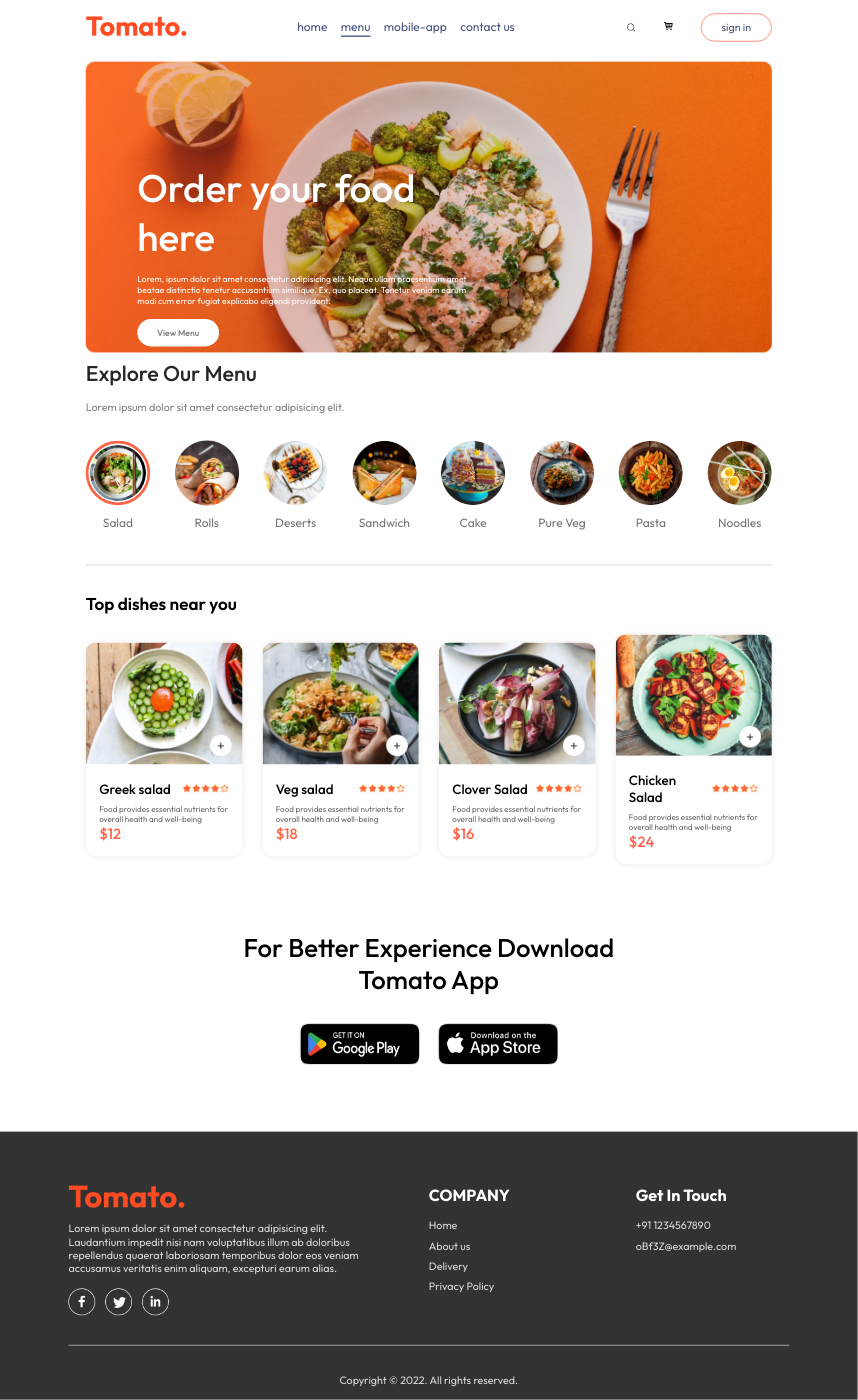
Repository: sodmaq/food-delivery
Page: / (app in frontend/), after clicking the first element matching `div.explore-menu-list-item`
The author's editor kept a copy of each file at every save. The page is drawn from the files as they stood at one save, then again after the next save.
The browser window is 1280 px wide. The pictures show the whole page, at 67% of full size.
The project was rebuilt for these pictures with package versions that can differ from the ones it lists, and the page was loaded fresh each time. Also part of the build but not shown: frontend/vite.config.js, frontend/src/pages/Cart/Cart.css, frontend/src/pages/Cart/Cart.jsx, frontend/src/pages/PlaceOrder/PlaceOrder.css, frontend/src/pages/PlaceOrder/PlaceOrder.jsx, frontend/src/components/Login/LoginPopUp.css, frontend/src/components/Login/LoginPopUp.jsx.

Above is the page before, as saved 2024-10-09 13:11:37.

After the next save:
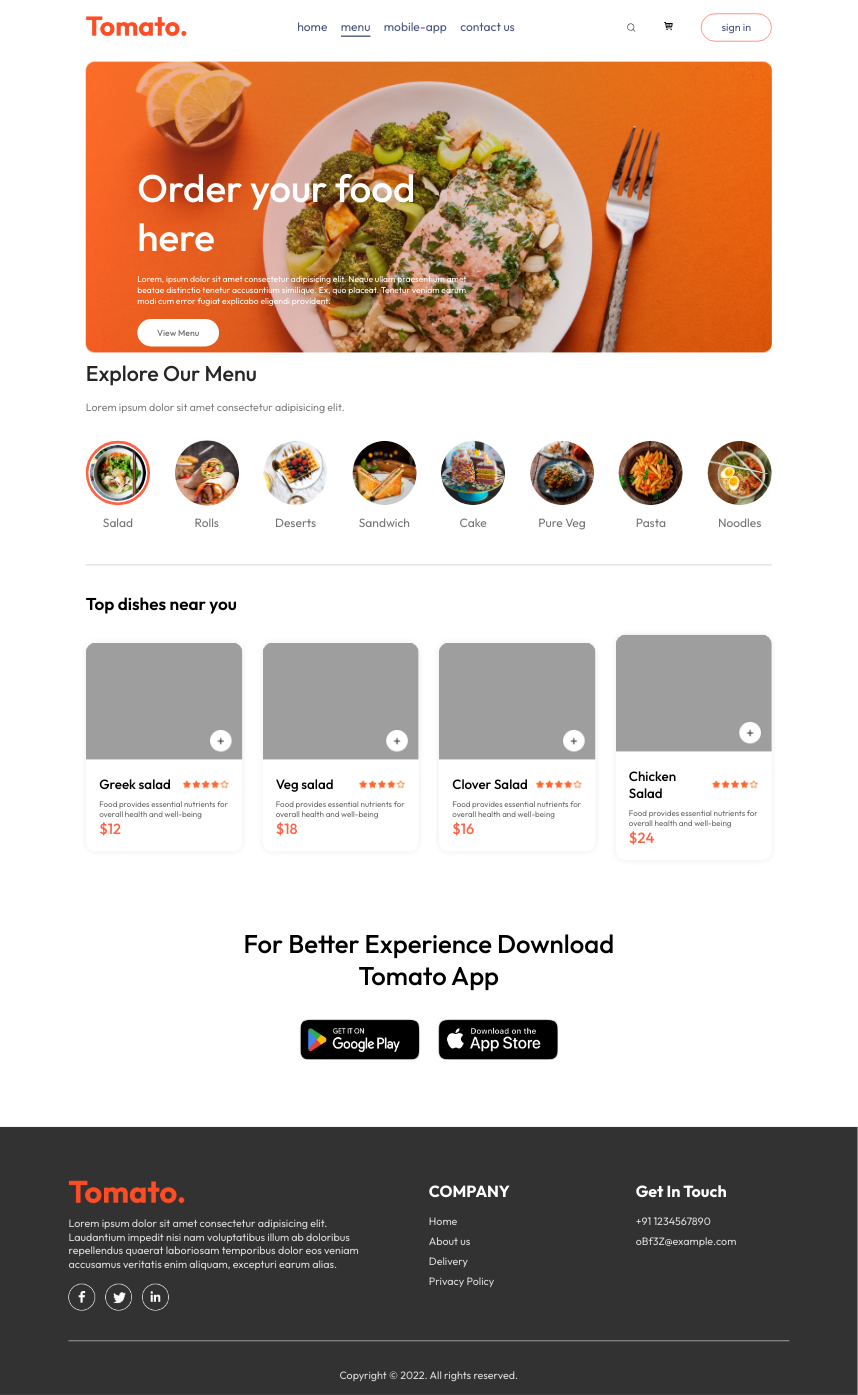
Saved 78 s later.
--- a/frontend/src/components/foodItem/FoodItem.jsx
+++ b/frontend/src/components/foodItem/FoodItem.jsx
@@ -10,7 +10,11 @@ const FoodItem = ({ id, name, price, description, image }) => {
   return (
     <div className="food-item">
       <div className="food-item-img-container">
-        <img className="food-item-image" src={image} alt="" />
+        <img
+          className="food-item-image"
+          src={url + "/images/" + image}
+          alt=""
+        />
         {!cartItems[id] ? (
           <img
             className="add"
